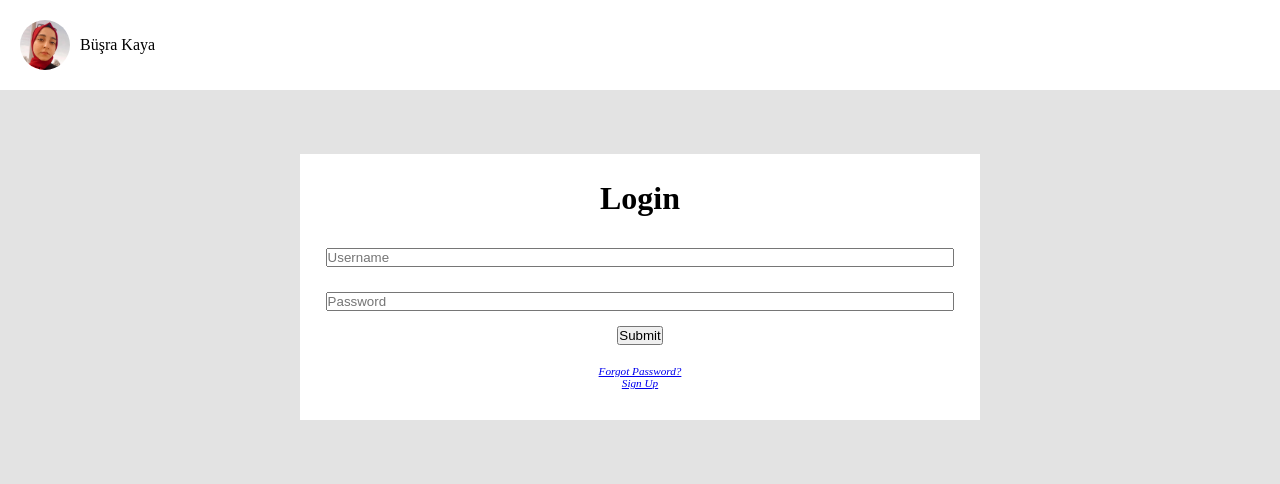
Repository: busra-kayaa/LoginPage
Page: login.html
An editor plug-in stored every save of this project. The page is shown before and after the next save, followed by the edit.
The browser window is 1280 px wide. The pictures show the whole page.

Above is the page before, as saved 2023-12-29 14:42:43.

### login.html
<!DOCTYPE html>
<html>
    <head>
        <title>Login Page</title>
        <link rel="stylesheet" href="./style.css" type="text/css"/>
    </head>
    <body>
        <div class="header-container">
            <div class="header-left-side-container">
                <img
                    src="./busra.jpg"
                    width="50px"
                    height="50px"
                    class="logo"
                />
                <div class="header-left-container-title">
                    <span>
                        Büşra Kaya
                    </span>
                </div>
            </div>
        </div>
        <div class="login-from-container">
          <div class ="login-text"><h1>Login</h1></div>
            <div class="input-group1">
                <i class="fa fa-user"></i>
                <input
                    type="text"
                    placeholder="Username"
                    class="input-text"
                    autocomplete="off"
                />
            </div>
            <div class="input-group2">
                <i class="fa fa-unclok-alt"></i>
                <input
                    type="password"
                    placeholder="Password"
                    class="input-text"
                    autocomplete="off"
                />
            </div>
            <div class="subgroup">
                <div class="button-group" id="login-button">
                    <button onclick="alert('Bilgileriniz Başarıyla Alınmıştır.')">Submit</button>
                </div>
                <div class="footer">
                    <a href="#" target="_blank">Forgot Password? </a>
                    <a href="#" target="_blank">Sign Up</a>
                </div>
            </div>
        </div>
    </body>
</html>

### style.css

* {
    padding: 0;
    margin: 0;
}

body {
    background-color: #e3e3e3;
}

.header-container {
    justify-content: space-between;
    background-color: #ffffff;
    flex-direction: row;
    align-items: center;
    padding: 20px;
    display: flex;
}

.header-left-side-container {
    flex-direction: row;
    align-items: center;
    display: flex;
}

.logo {
    border-radius: 50%;
    margin-right: 10px;
}

.header-desc-container {
    display: flex;
    flex-direction: column;
}

.header-title {
    display: flex;
    flex-direction:column;
    font-weight: bold;
    font-size: 24px;
    margin-bottom: 5px;
}

.header-content {
    font-weight:normal;
    font-size: 18px;
    color:rgb(0, 0, 0);
}

.login-from-container {
    background-color: #ffffff;
    flex-direction: column;
    text-align: center;
    display: flex;
    margin-top: 5%;
    margin-bottom: 5%;
    margin-right: 300px;
    margin-left: 300px;
    padding: 2%;

}

.login-text {
    padding-bottom: 5%;
}

.input-group1 {
    display: flex;
    flex-direction: column;
    margin-bottom: 2%;
}

.input-group2 {
    display: flex;
    flex-direction: column;
    margin-top: 2%;
}

.button-group {
    color: black ;
    border: none;
    color: white;
    text-align: center;
    text-decoration: none;
    display: inline-block;
    font-size: 16px;
    margin: 15px 2px;
    cursor: pointer;
}

.footer {
    margin: 5px;
    display: flex;
    flex-direction:column;
    font-size: 70%;
    font-style: italic;
}

After the next save:
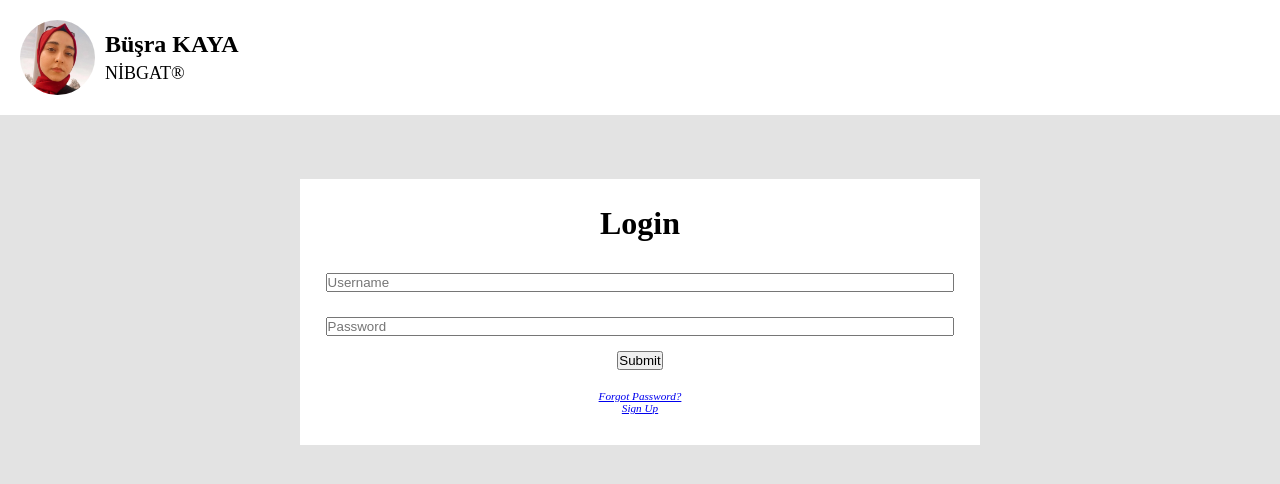
Saved 4 days later.
--- a/login.html
+++ b/login.html
@@ -6,16 +6,21 @@
     </head>
     <body>
         <div class="header-container">
-            <div class="header-left-side-container">
+            <div
+                class="header-left-side-container"
+            >
                 <img
                     src="./busra.jpg"
-                    width="50px"
-                    height="50px"
+                    height="75px"
+                    width="75px"
                     class="logo"
                 />
-                <div class="header-left-container-title">
-                    <span>
-                        Büşra Kaya
+                <div class="header-desc-container">
+                    <span class="header-title">
+                        Büşra KAYA
+                    </span>
+                    <span class="header-content">
+                        NİBGAT®
                     </span>
                 </div>
             </div>
@@ -27,6 +32,7 @@
                 <input
                     type="text"
                     placeholder="Username"
+                    width="75px"
                     class="input-text"
                     autocomplete="off"
                 />
@@ -36,6 +42,7 @@
                 <input
                     type="password"
                     placeholder="Password"
+                    width="75px"
                     class="input-text"
                     autocomplete="off"
                 />
